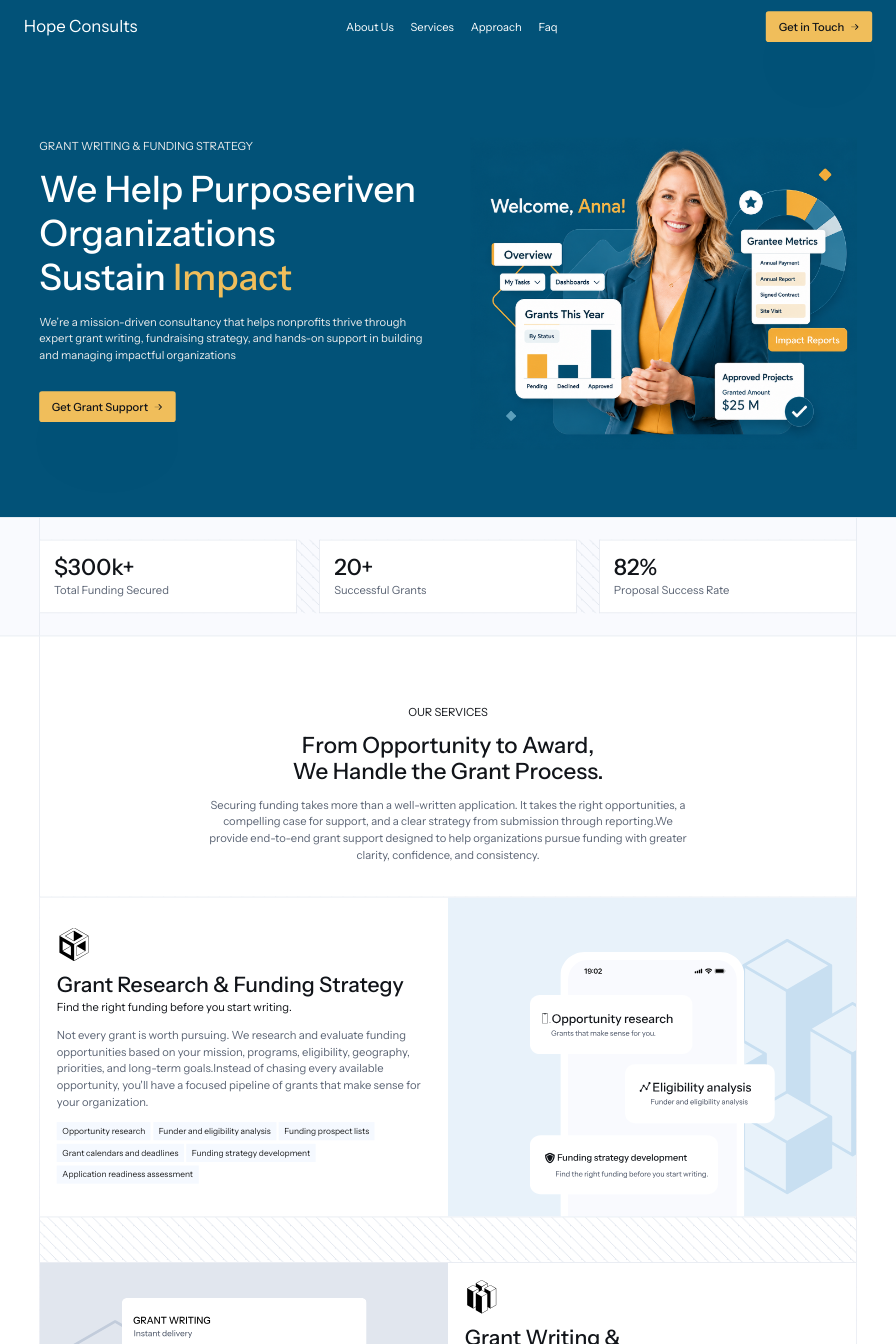
Repository: Ajeyinka/Upgrowth
Page: about.html
These files come from the project's save history. The page is drawn as it stood at one moment and after the next save; the edit follows.
The browser window is 1280 px wide. The pictures show the part of the page from y = 0 to 1920 px (the page is 5775 px tall before and 4089 px after), at 70% of full size.

Above is the page before, as saved 2026-09-24 18:35:39.

After the next save:
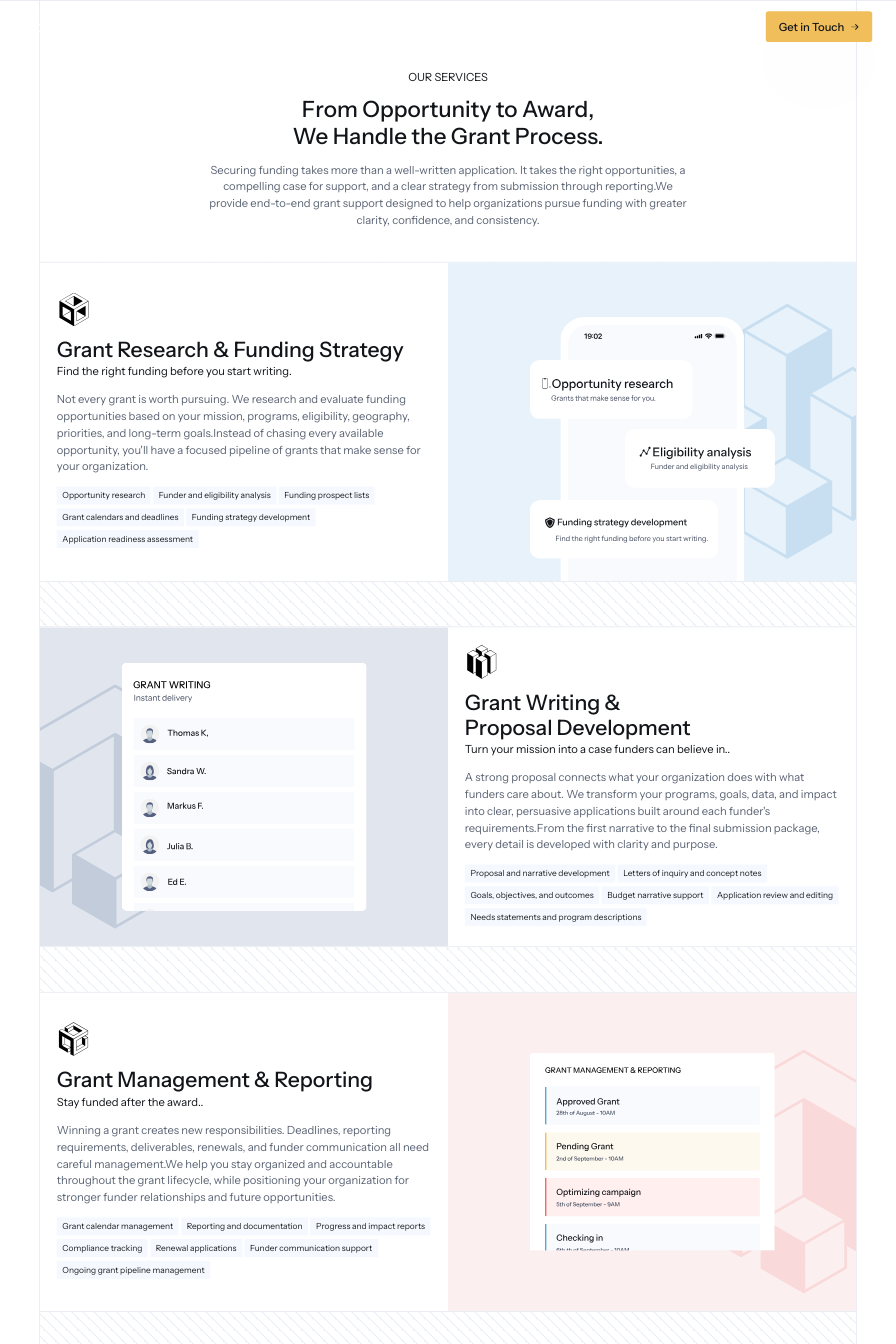
Saved 75 s later.
--- a/about.html
+++ b/about.html
@@ -48,65 +48,8 @@
 
     </nav>
     <main>
-        <section class="hero-section">
-          <div class="container_large">
-             <div class="padding_global">
-               <div class="hero-component hero-grid">
-                   <div class="hero-text">
-                      <div class="eyebrow">GRANT WRITING & FUNDING STRATEGY</div>
-                      <h1>We Help Purposeriven Organizations Sustain
-                        <span class="text-span"> Impact </span></h1>
-                      <p>
-                        We’re a mission-driven consultancy that helps nonprofits thrive through expert grant writing, fundraising strategy, and hands-on support in building and managing impactful organizations
-                      </p>
-                      <div class="btn-wrapper">
-                        <a href="contact.html" class="primary-btn"
-                          >Get Grant Support
-                           <svg xmlns:xlink="http://www.w3.org/1999/xlink"  width="100%" height="100%" viewBox="0 0 16 17" fill="currentColor" xmlns="http://www.w3.org/2000/svg">
-                              <path opacity="0.5" d="M2.66659 8C2.53398 8 2.4068 8.05268 2.31303 8.14645C2.21926 8.24021 2.16659 8.36739 2.16659 8.5C2.16659 8.63261 2.21926 8.75978 2.31303 8.85355C2.4068 8.94732 2.53398 9 2.66659 9L2.66659 8ZM2.66659 9L13.3333 9L13.3333 8L2.66659 8L2.66659 9Z" fill="currentColor"></path>
-                              <path d="M13.9152 8.02637C14.1555 8.32095 14.138 8.75567 13.8634 9.03028L9.86341 13.0303C9.57051 13.3232 9.09575 13.3232 8.80286 13.0303C8.50997 12.7374 8.50997 12.2626 8.80286 11.9697L12.2726 8.5L8.80286 5.03028C8.50997 4.73738 8.50997 4.26262 8.80286 3.96973C9.09575 3.67684 9.57052 3.67684 9.86341 3.96973L13.8634 7.96973L13.9152 8.02637Z" fill="currentColor"></path>
-                          </svg>
-                        </a>
-                      </div>
-                   </div>
-                   <div class="#025278">
-                      <img src="images/hero2.png" alt="">
-                      </h3>
-                   </div>
-              </div>
-             </div>
-         </div>
-       </section>
-      <section class="metric-section">
-  <div class="metrics">
-    <div class="met">
-      <div class="metric-grid">
-
-        <div class="metric">
-          <h2 data-target="300" data-prefix="$" data-suffix="k+">
-            $0M+
-          </h2>
-          <p>Total Funding Secured</p>
-        </div>
-
-        <div class="metric">
-          <h2 data-target="20" data-suffix="+">
-            0+
-          </h2>
-          <p>Successful Grants</p>
-        </div>
-
-        <div class="metric">
-          <h2 data-target="82" data-suffix="%">
-            0%
-          </h2>
-          <p>Proposal Success Rate</p>
-        </div>
-
-      </div>
-    </div>
-  </div>
-</section>
+
+
         <section class="service-section" id="services">
           <div class="container_large">
              <div class="padding_globe">
@@ -252,42 +195,7 @@
              </div>
           </div>
         </section>
-        <section class="about-section" id="about">
-  <div class="container_large">
-    <div class="padding_globe">
-      <div class="service-component">
-        <div class="section-conten">
-          <div class="two-col-grid">
-            <div class="grid-text">
-              <div>
-                <div class="eye-brow">About</div>
-
-                <h2>
-                  Helping Purpose-Driven Organizations Secure the Funding They
-                  Deserve.
-                </h2>
-              </div>
-
-              <p>
-                Yusuff Azeez Olanrewaju is the Founder and Chief Executive Officer of Hope Grant and Development Consults Limited, a grants and fundraising consulting firm supporting nonprofits, healthcare organisations, and social impact ventures in Nigeria and the United States to secure funding, strengthen resource mobilisation strategies, and build sustainable programme infrastructure.
-
-
-
-              </p>
-              <p>A pharmacist by training and a public health professional by practice, Yusuff holds a Bachelor of Pharmacy from the University of Ibadan, where he graduated as the best student in Pharmacology, Therapeutics and Toxicology, receiving the Board of Fellows Award from the Pharmaceutical Society of Nigeria. He was also recognised by Pharmanews Limited as one of the Top Five Pharmacy Students in Nigeria promoting public health activities and research. He is currently completing a Master of Public Health in Disaster and Humanitarian Management at Iconic Open University, Abuja.</p>
-            </div>
-
-            <div class="grid-image">
-              <img src="images/consult.webp" alt="" />
-            </div>
-          </div>
-
-
-        </div>
-      </div>
-    </div>
-  </div>
-</section>
+
 
         <section class="cta-section rel" id="cta">
           <div class="container_large">
